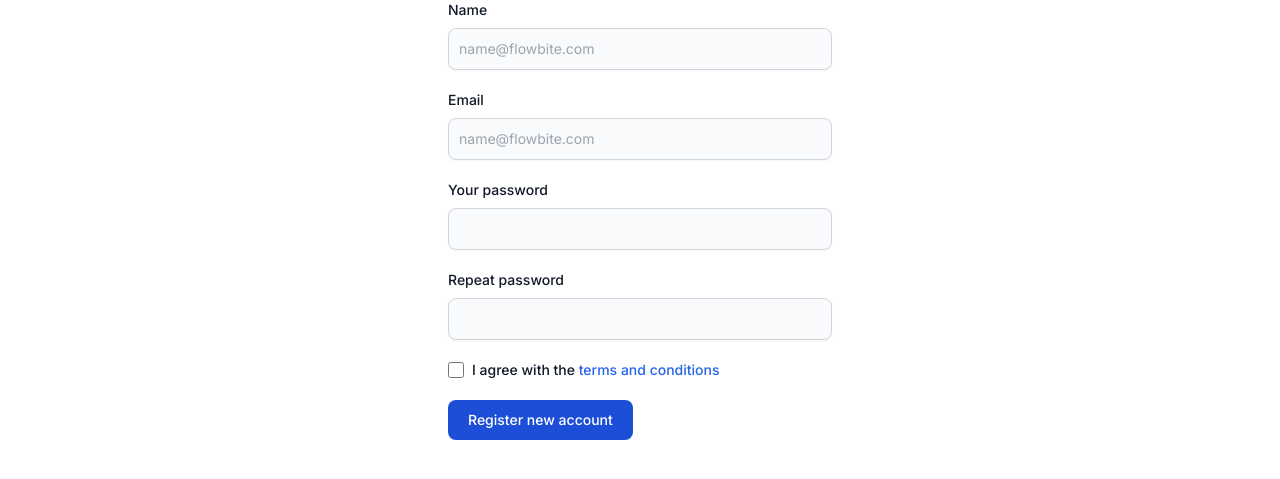
Repository: fatimash2123/next-todo
Page: /register
The author's editor kept a copy of each file at every save. The page is drawn from the files as they stood at one save, then again after the next save.
The browser window is 1280 px wide. The pictures show the whole page.
The project was rebuilt for these pictures with package versions that can differ from the ones it lists, and the page was loaded fresh each time. The framework's server and built-in components were replaced by stand-ins that run in the browser. Also part of the build but not shown: next.config.mjs.

Above is the page before, as saved 2024-02-13 12:12:21.

After the next save:
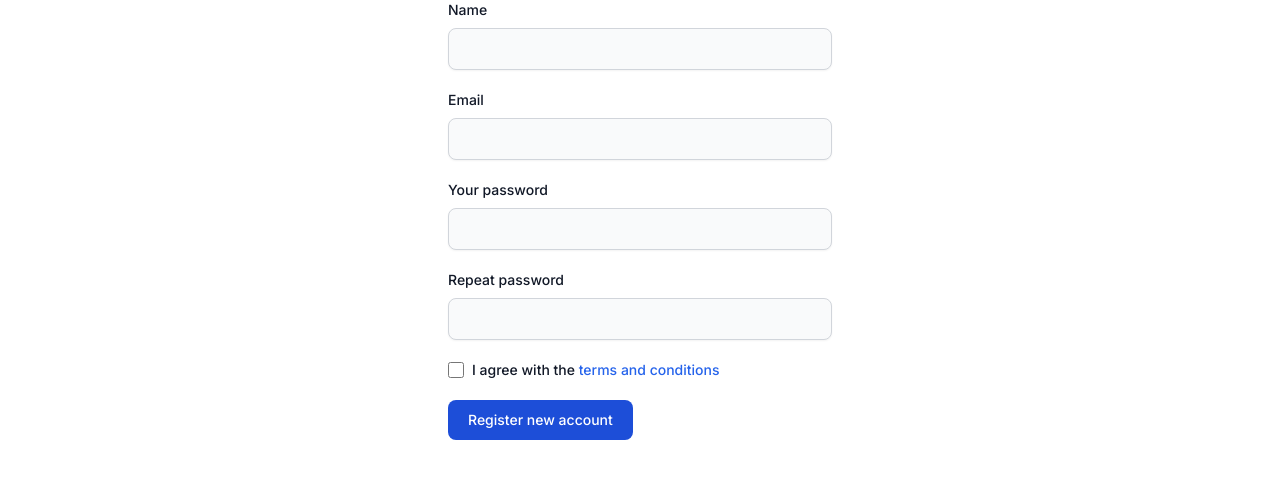
Saved 1 s later.
--- a/app/components/Input.tsx
+++ b/app/components/Input.tsx
@@ -16,7 +16,6 @@ export default function ({ title, type, name }: InputProps) {
         type={type}
         id={name}
         className="shadow-sm bg-gray-50 border border-gray-300 text-gray-900 text-sm rounded-lg focus:ring-blue-500 focus:border-blue-500 block w-full p-2.5 dark:bg-gray-700 dark:border-gray-600 dark:placeholder-gray-400 dark:text-white dark:focus:ring-blue-500 dark:focus:border-blue-500 dark:shadow-sm-light"
-        placeholder="name@flowbite.com"
         required
       />
     </div>
